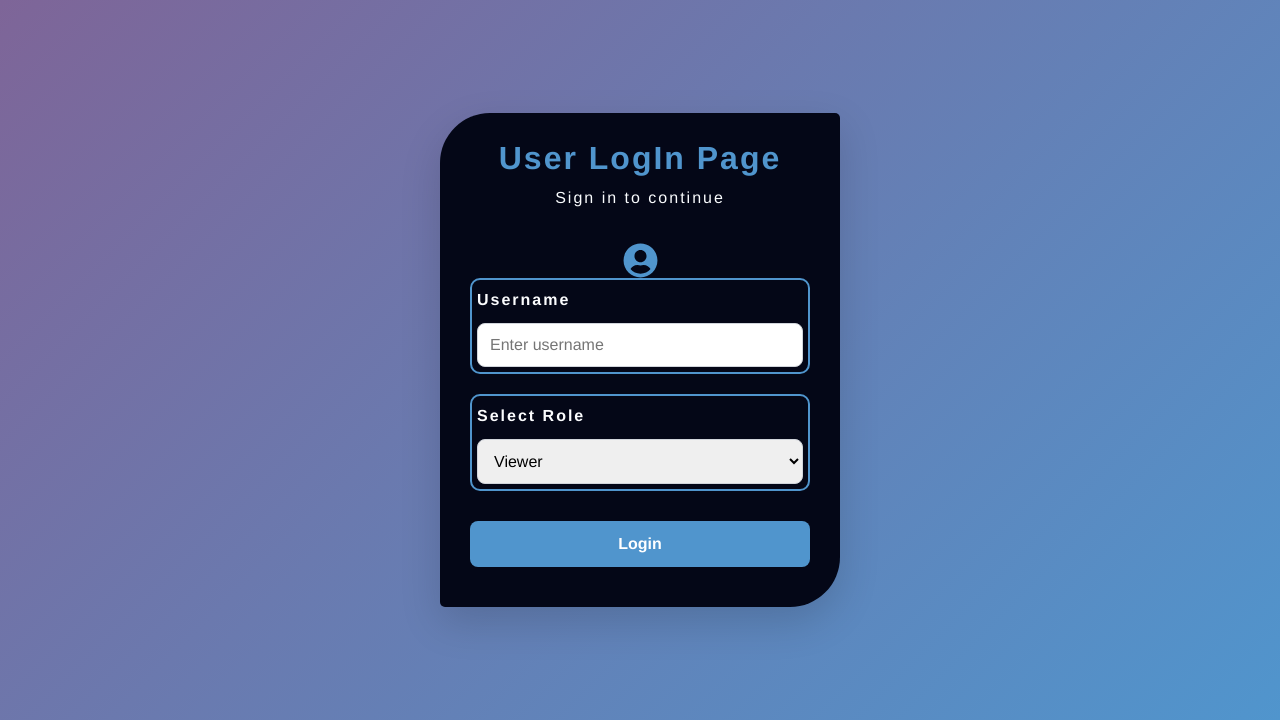
Repository: SolomonChinonso/myUserDashboard
Page: / (app in my-user-dashboard-app/)
An editor plug-in stored every save of this project. The page is shown before and after the next save, followed by the edit.
The browser window is 1280 px wide. The pictures show the whole page.
The project was rebuilt for these pictures with package versions that can differ from the ones it lists, and the page was loaded fresh each time. Also part of the build but not shown: my-user-dashboard-app/vite.config.ts, my-user-dashboard-app/src/App.css, my-user-dashboard-app/src/pages/global.css, my-user-dashboard-app/src/pages/Dashboard.tsx, my-user-dashboard-app/src/pages/Profile.tsx, my-user-dashboard-app/src/pages/Settings.tsx, my-user-dashboard-app/src/components/Navbar.tsx, my-user-dashboard-app/src/components/ProtectedRoute.tsx.

Above is the page before, as saved 2026-05-31 15:59:40.

After the next save:
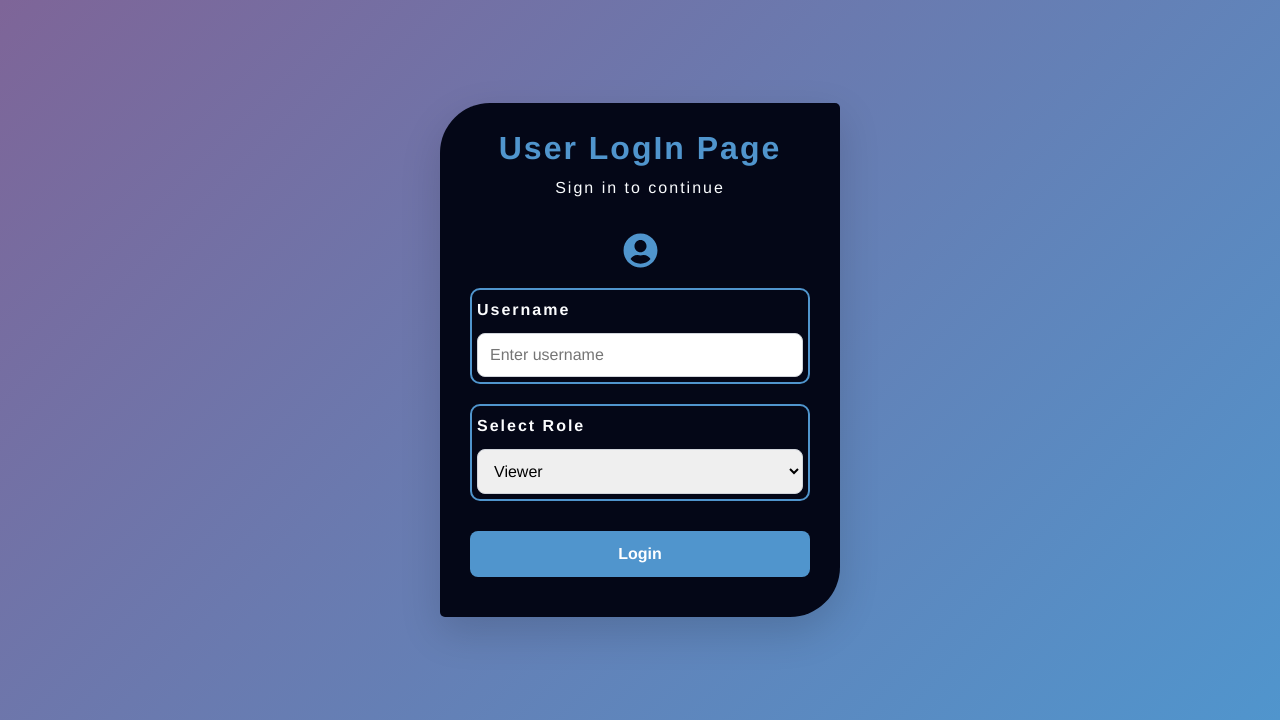
Saved 4 s later.
--- a/my-user-dashboard-app/src/pages/Login.css
+++ b/my-user-dashboard-app/src/pages/Login.css
@@ -28,7 +28,7 @@
 }
 
 .profile-pix{
-    margin-bottom: ;
+    margin-bottom: 20px;
 }
 /* Heading */
 .login-card h1 {
